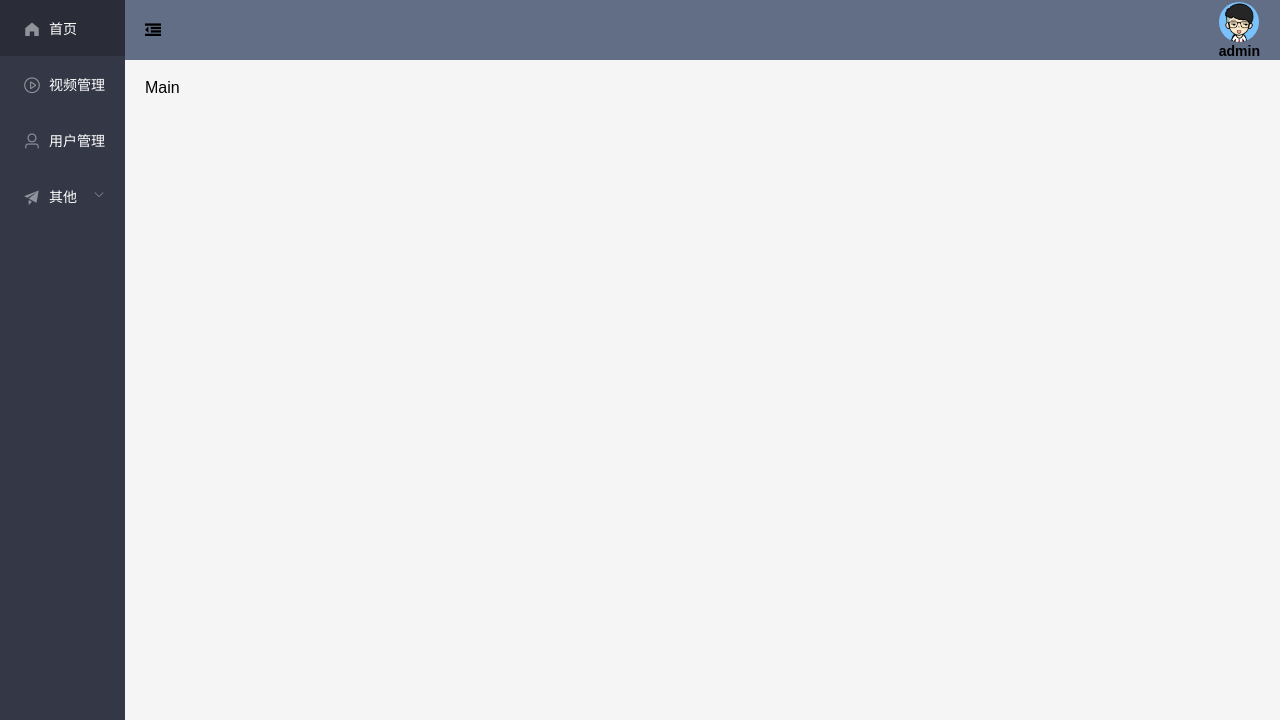
Repository: coWhy/vue-manage
Page: /
The author's editor kept a copy of each file at every save. The page is drawn from the files as they stood at one save, then again after the next save.
The browser window is 1280 px wide. The pictures show the whole page.
The project was rebuilt for these pictures with package versions that can differ from the ones it lists, and the page was loaded fresh each time. Also part of the build but not shown: vue.config.js.

Above is the page before, as saved 2020-04-13 16:22:52.

After the next save:
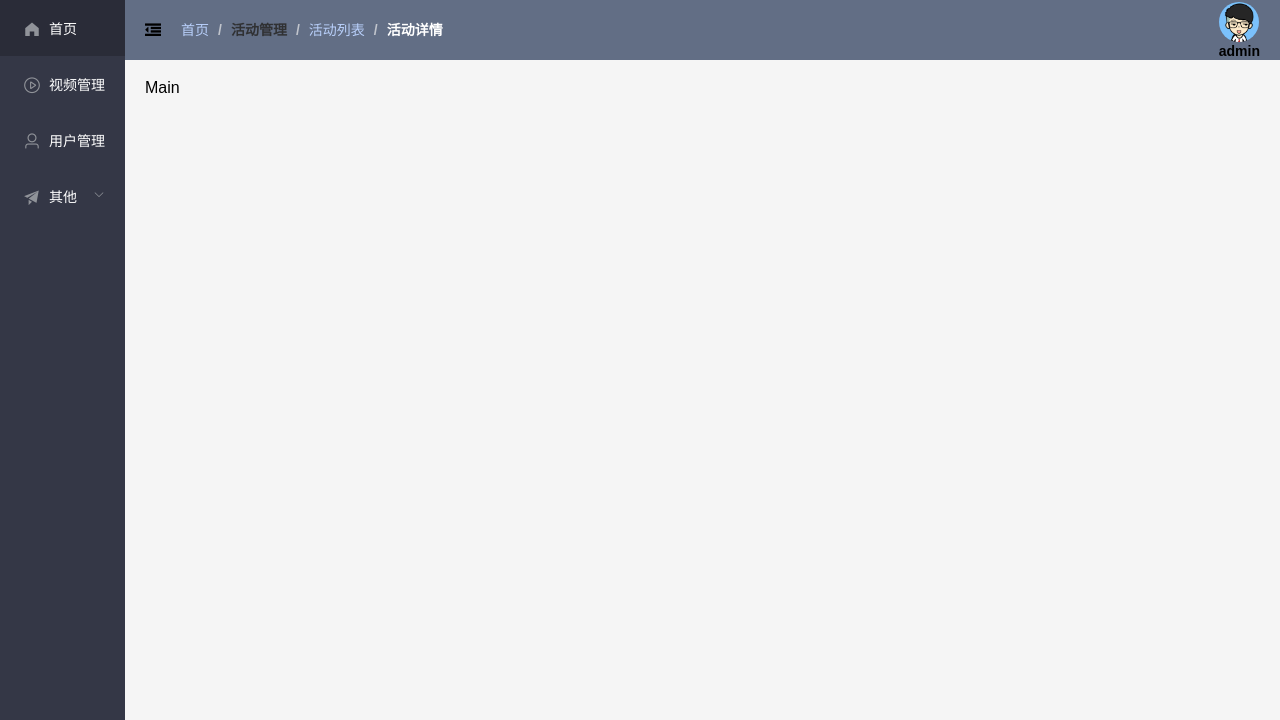
Saved 2 min 54 s later.
--- a/src/views/layout/components/header/index.vue
+++ b/src/views/layout/components/header/index.vue
@@ -3,6 +3,12 @@
     <div class="l-content">
       <!-- 折叠标签 可以折叠左侧菜单栏 折叠：fa fa-outdent 展开： fa fa-indent -->
       <i class="fa fa-outdent" aria-hidden="true"></i>
+      <el-breadcrumb separator="/">
+        <el-breadcrumb-item :to="{ path: '/' }">首页</el-breadcrumb-item>
+        <el-breadcrumb-item><a href="/">活动管理</a></el-breadcrumb-item>
+        <el-breadcrumb-item>活动列表</el-breadcrumb-item>
+        <el-breadcrumb-item>活动详情</el-breadcrumb-item>
+      </el-breadcrumb>
     </div>
     <!-- 用户部分 头像 下拉菜单 等 -->
     <div class="r-content">
